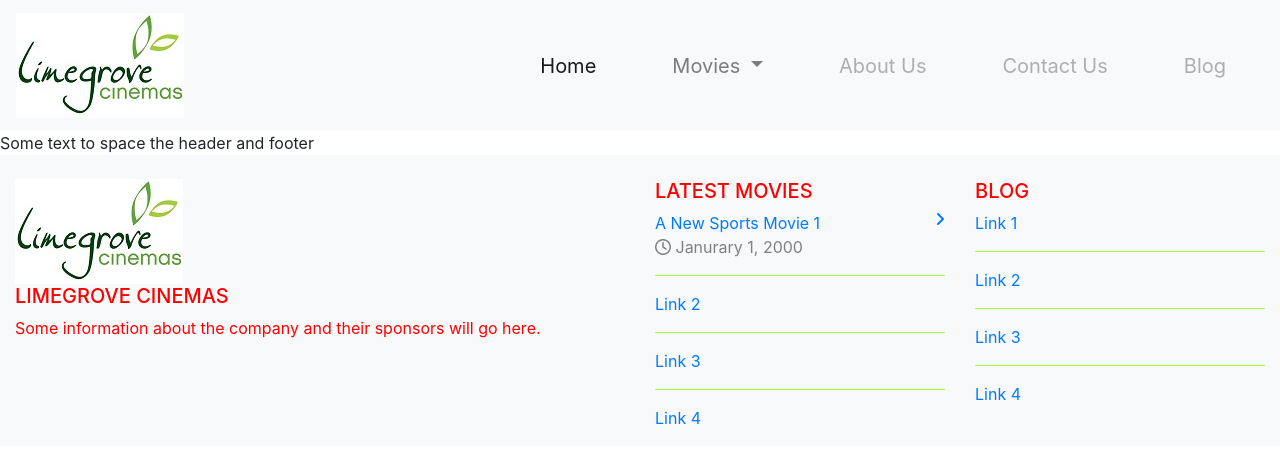
Repository: SimplyZacc/movie-web-template
Page: http://localhost/
The author's editor kept a copy of each file at every save. The page is drawn from the files as they stood at one save, then again after the next save.
The browser window is 1280 px wide. The pictures show the whole page.
Some web libraries are served in a nearby version. The page is run by PHP 8.4 with error messages shown; the project is at /var/www/html/.

Above is the page before, as saved 2020-03-28 11:23:24.

After the next save:
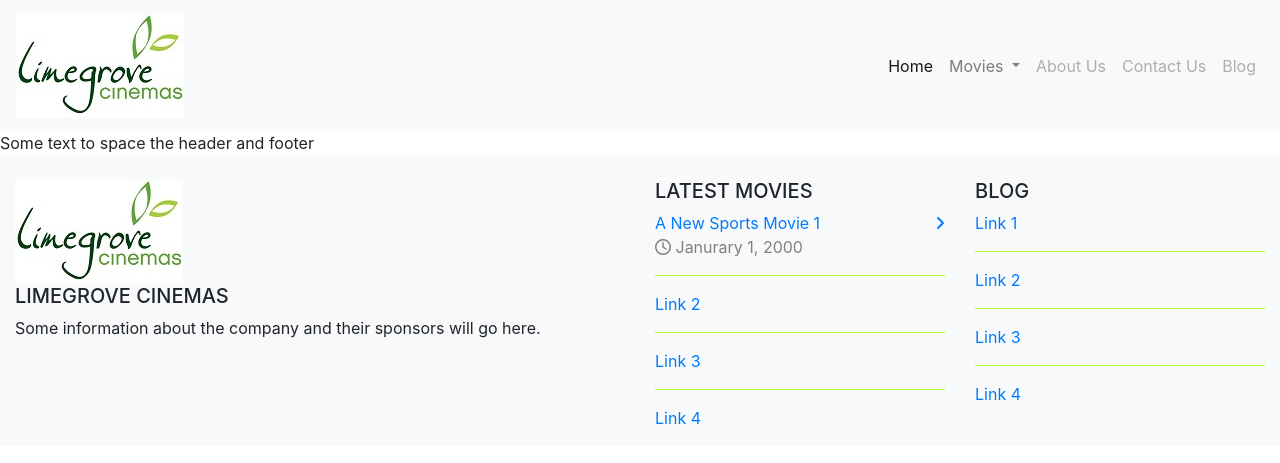
Saved 8 s later.
--- a/templates/header.php
+++ b/templates/header.php
@@ -1,6 +1,5 @@
 <?php
 session_start();
-include "style.php";
 ?>
 <!DOCTYPE html>
 <html lang="en">

After the save that followed:
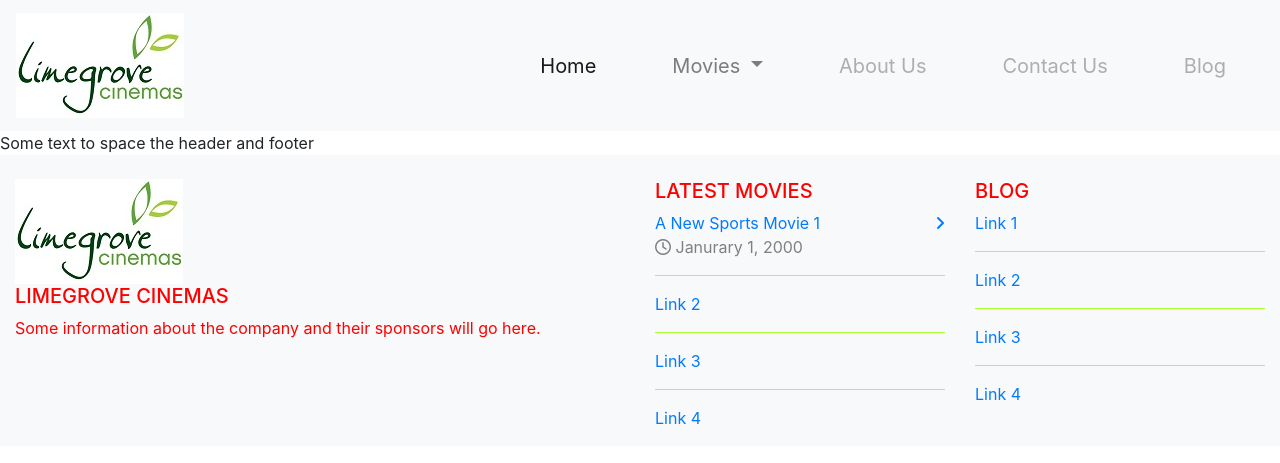
Saved 9 s later.
--- a/templates/header.php
+++ b/templates/header.php
@@ -1,5 +1,6 @@
 <?php
 session_start();
+
 ?>
 <!DOCTYPE html>
 <html lang="en">
@@ -21,7 +22,7 @@
 
     <!-- CSS -->
     <link rel="stylesheet" href="https://stackpath.bootstrapcdn.com/bootstrap/4.4.1/css/bootstrap.min.css" integrity="sha384-Vkoo8x4CGsO3+Hhxv8T/Q5PaXtkKtu6ug5TOeNV6gBiFeWPGFN9MuhOf23Q9Ifjh" crossorigin="anonymous">
-
+    <link rel="stylesheet" href="assets/css/styles.css">
 
     <!-- JavaScript -->
     <script src="https://code.jquery.com/jquery-3.4.1.slim.min.js" integrity="sha384-J6qa4849blE2+poT4WnyKhv5vZF5SrPo0iEjwBvKU7imGFAV0wwj1yYfoRSJoZ+n" crossorigin="anonymous"></script>
